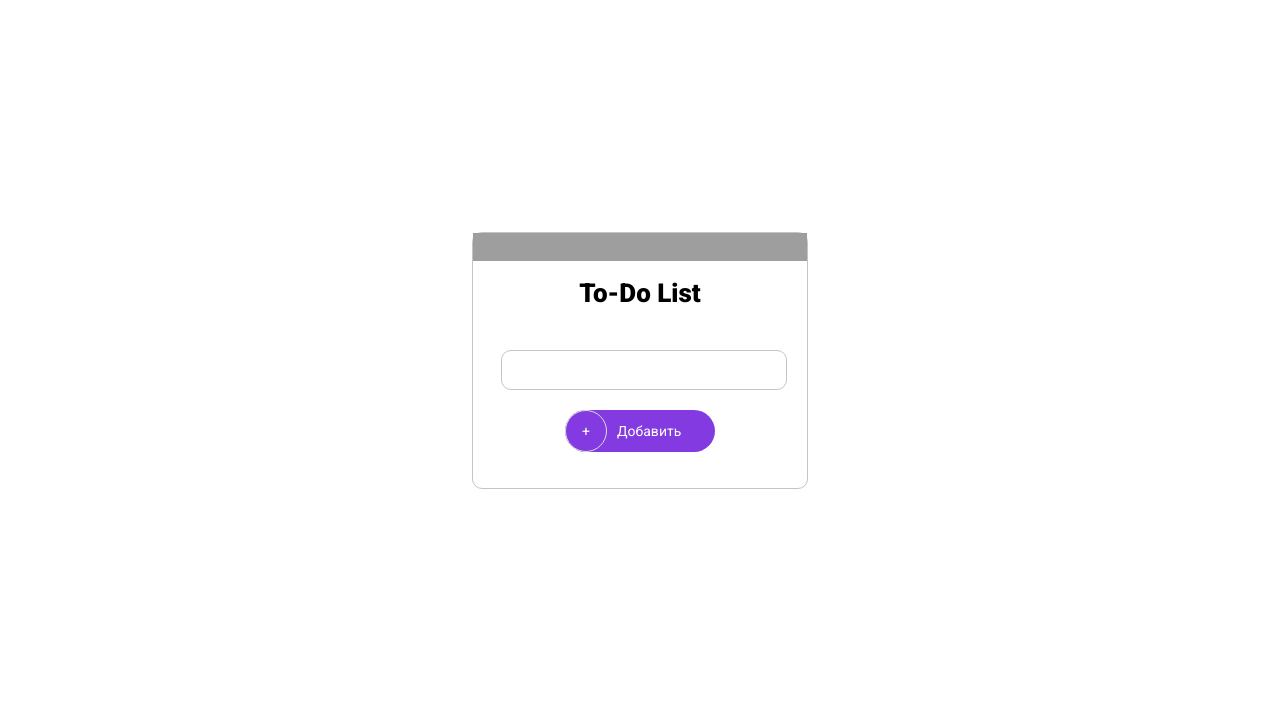
Repository: NatiqSamiyev/To-do-List-js
Page: insex.html
An editor plug-in stored every save of this project. The page is shown before and after the next save, followed by the edit.
The browser window is 1280 px wide. The pictures show the whole page.
Pictures or frames that could not be fetched are drawn as grey boxes. Some web fonts or font styles are not loaded; a fallback is used.

Above is the page before, as saved 2023-10-31 11:50:19.

After the next save:
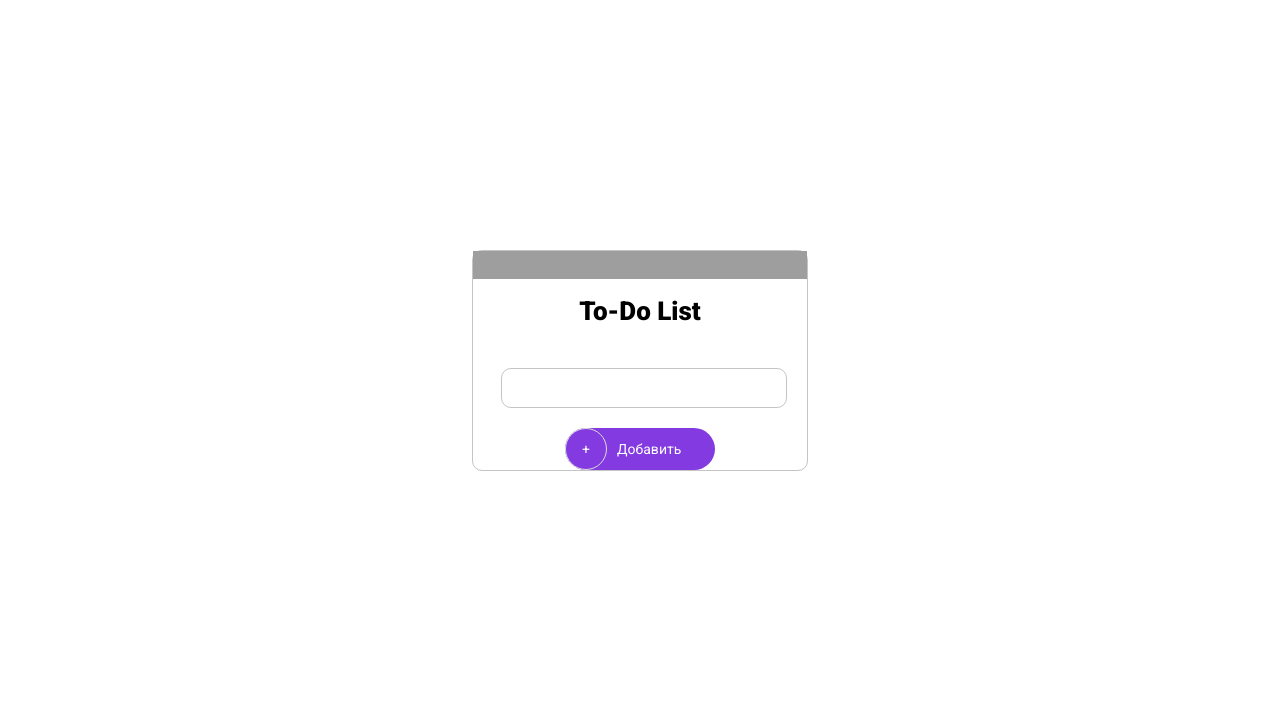
Saved 7 s later.
--- a/insex.html
+++ b/insex.html
@@ -21,7 +21,7 @@
           <div class="circle">+</div>
           <p>Добавить</p>
         </button>
-        <ul></ul>
+
       </form>
     </div>
   </body>
